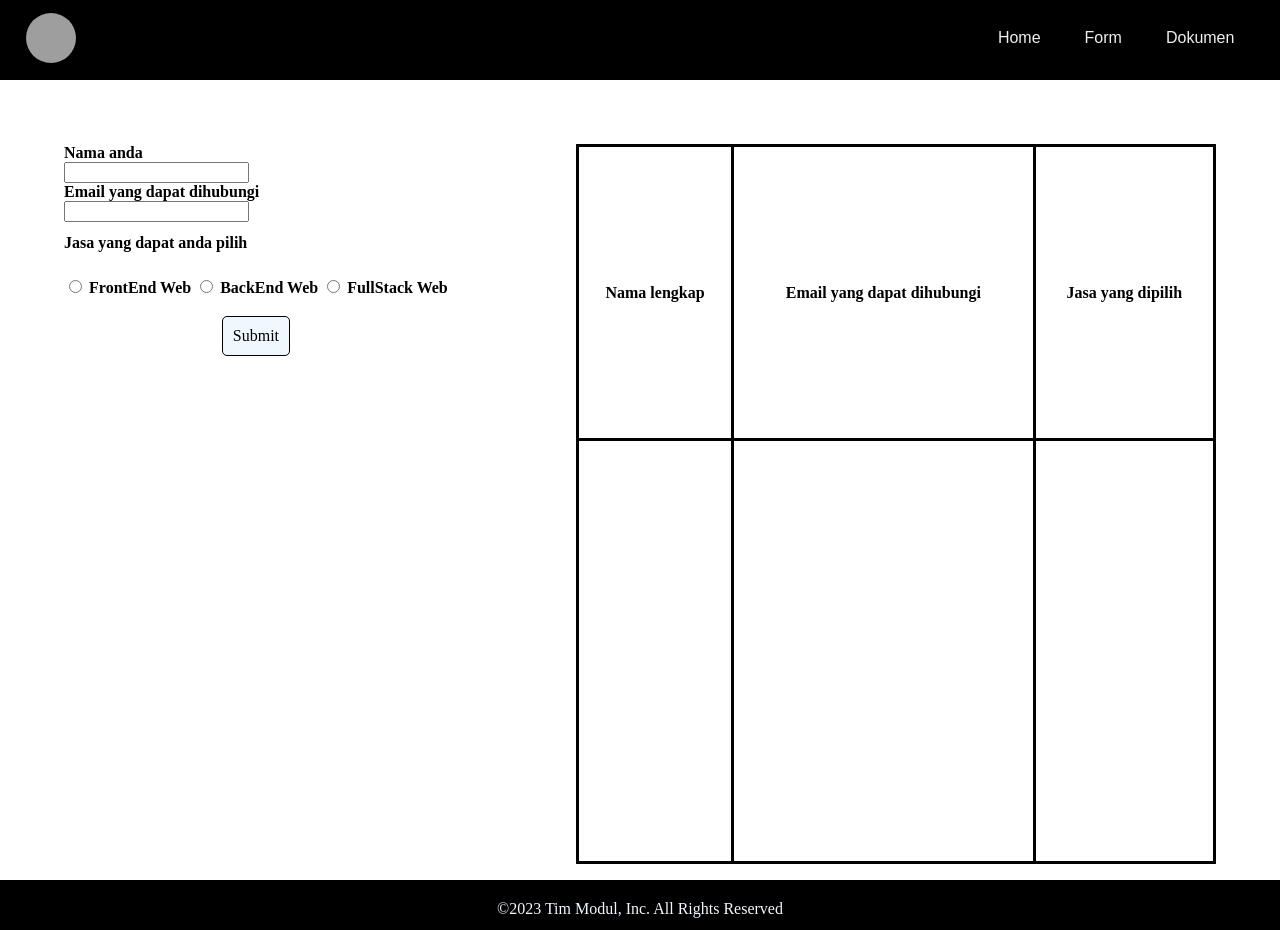
Repository: zecht12/TimModul
Page: TimModul.html
An editor plug-in stored every save of this project. The page is shown before and after the next save, followed by the edit.
The browser window is 1280 px wide. The pictures show the whole page.
Pictures or frames that could not be fetched are drawn as grey boxes.

Above is the page before, as saved 2023-03-14 13:54:11.

After the next save:
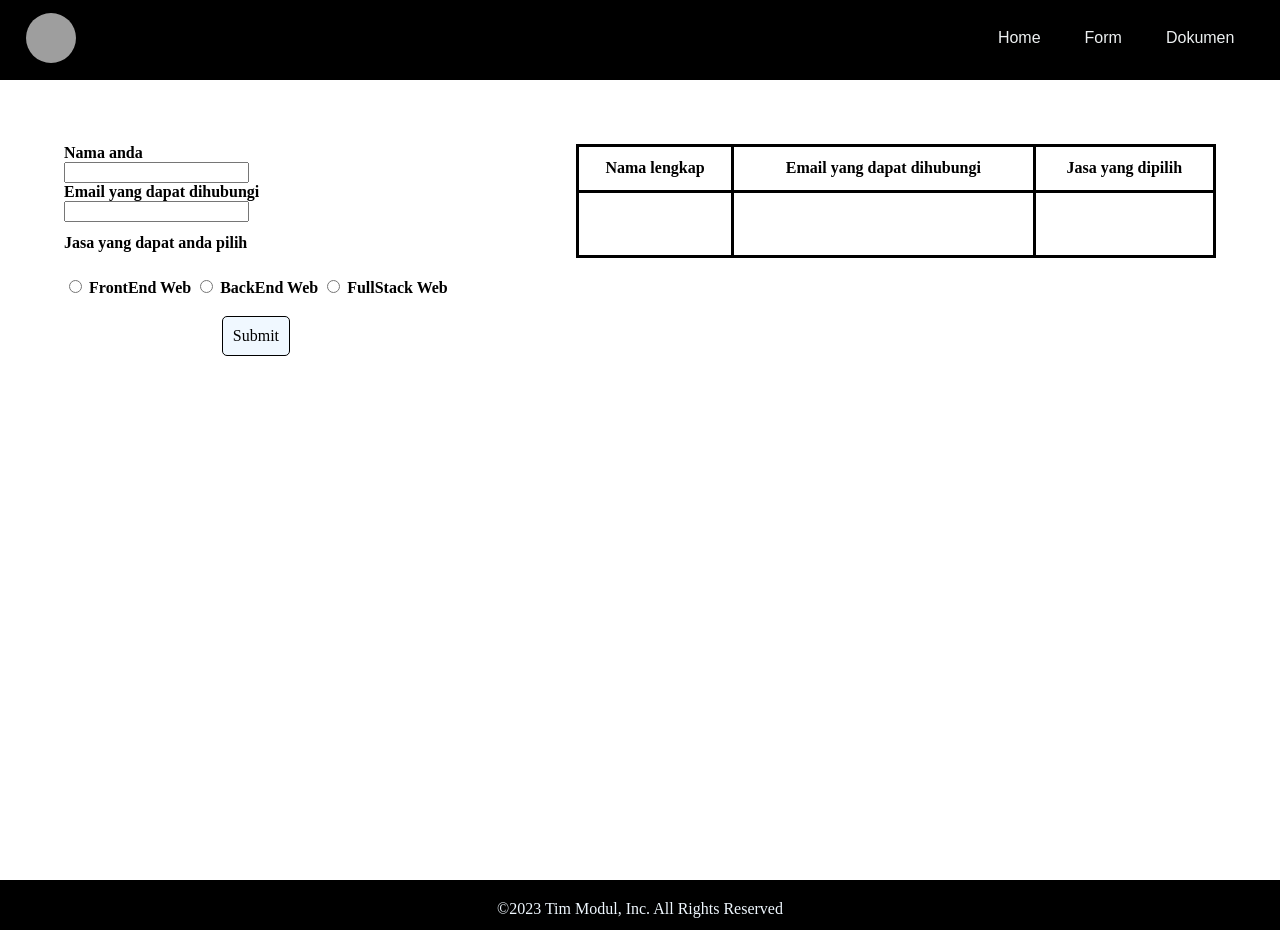
Saved 7 s later.
--- a/style.css
+++ b/style.css
@@ -33,7 +33,7 @@ li, a, button{
     width: 100%;
     display: flex;
     justify-content: space-around;
-    align-items: ;
+    align-items: flex-start;
     padding-top: 5%;
 }
 th{
